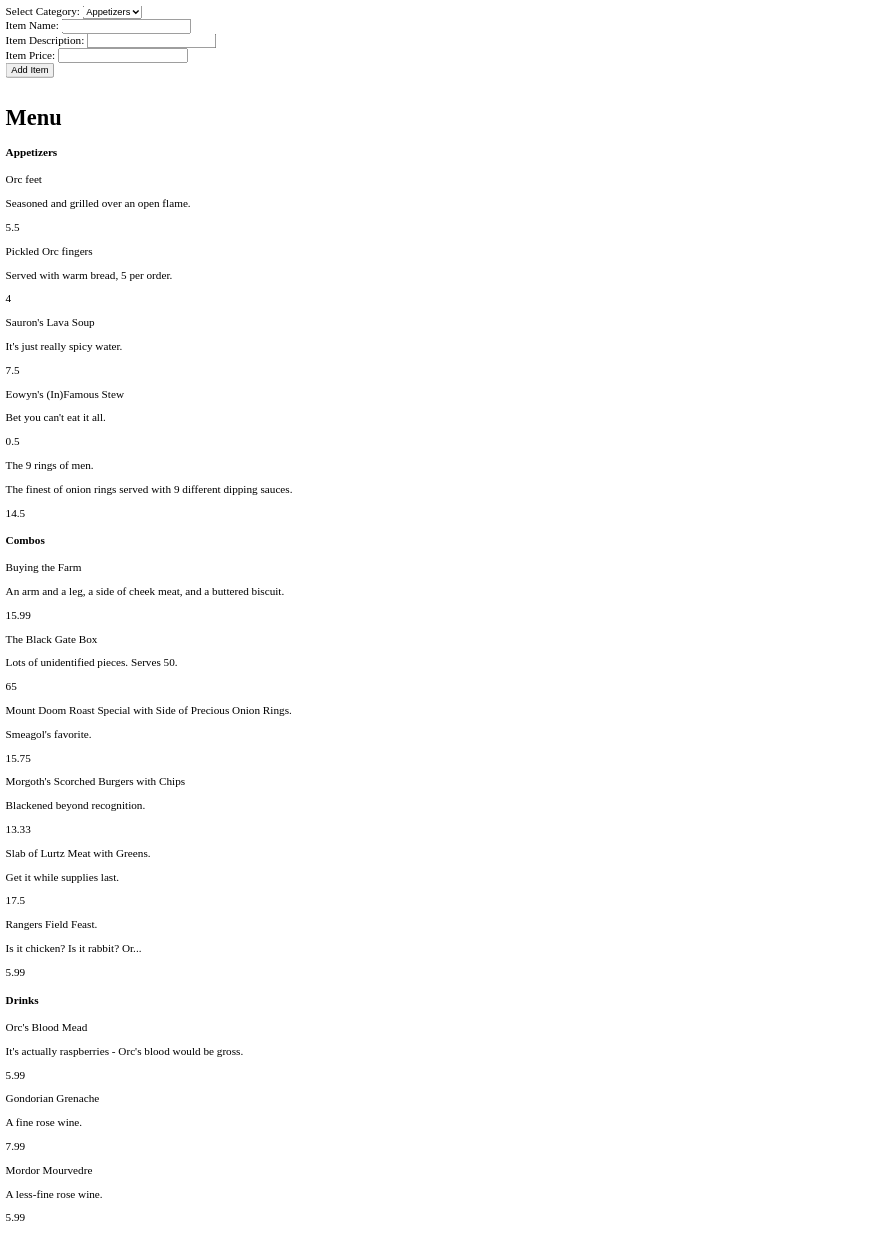
Repository: hudaali14/Carleton
Page: http://localhost/restaurants/0
The author's editor kept a copy of each file at every save. The page is drawn from the files as they stood at one save, then again after the next save.
The browser window is 1280 px wide. The pictures show the part of the page from y = 487 to 2407 px (the page is 2252 px tall before and 4476 px after), at 70% of full size.
The page is served by the project's Node server (server.js).

Above is the page before, as saved 2020-03-12 18:35:03.

### 2406/Assignments/Assignment3 (100)/views/pages/restaurantpage.pug
html
    head
        title  You Want Food?
body
    include ../partials/header

    h1 Restaurant Info
    p Restaurant ID: #{restaurant.id}
    | Restaurant Name:
    input(type= "text", id="restaurantnamepage", value = restaurant.name)
    br
    br
    | Restaurant Min Order:
    input(type= "text", id="restaurantname", value = restaurant.min_order)
    br
    br
    | Delivery Fee:
    input(type= "text", id="restaurantname", value = restaurant.delivery_fee)
    br
    br

    h1 Add Category:
    br
    | Category Name:
    input(type= "text", id="restaurantname")
    br

    button(type="button", id="submitbutton") Add Category


    h1 Add Item:
    br
    | Select Category:
    - let menu = Object.keys(restaurant.menu);
    select
        each category in menu
            option=category
    br
    | Item Name:
    input(type= "text", id="restaurantnamepage")
    br
    | Item Description:
    input(type= "text", id="restaurantname")
    br
    | Item Price:
    input(type= "text", id="restaurantname")
    br
    button(type="button", id="additembutton") Add Item
    br
    br

    h1 Menu

    each category in menu
        h4 #{category}
        - let items = Object.keys(restaurant.menu[category])
        each id in items
            - let item = restaurant.menu[category][id];
            p #{item.name}
            p #{item.description}
            p #{item.price}

### 2406/Assignments/Assignment3 (100)/views/partials/header.pug
div#header
	a(href="/") Home
	|
	a(href="/addrestaurant") Add Restuarant
	|
	a(href="/restaurants") Browse Restaurants
	|

### 2406/Assignments/Assignment3 (100)/server.js
const express = require('express');
const fs = require("fs");
let app = express();


app.set("view engine", "pug");
app.use(express.json())

// app.use(bodyParser.json());
// app.use(bodyParser.urlencoded({ extended: true }));

let restaurants = [];
let restaurantNames = {names: []};
let restaurantIDs = {restaurants: []};
let id = 0;

//Reads all files in restaurant directory
fs.readdir("./restaurants/", function(err, filenames) {
    if (err) {
        response.statusCode = 500;
        response.end("Error reading file.");
        return;
    }
    filenames.forEach(function(filename) {
        fs.readFile("./restaurants/" + filename, 'utf-8', function(err, content) {
            if (err) {
                response.statusCode = 500;
                response.end("Error reading file.");
                return;
			}
            //Saves files to restaurant array
            let res = JSON.parse(content);
			restaurants[res.id] = res;
			//Saves names in restuarantNames array
            restaurantNames.names.push({name: restaurants[res.id].name, id: restaurants[res.id].id});
            restaurantIDs.restaurants.push(restaurants[res.id].id);
            id++;
		});
    });
});

app.get("/", setPage);
app.get("/restaurants", getRestaurants);
app.get("/addrestaurant", addRestaurant);
app.get("/client.js", getClient);
app.get("/restaurants/:restID", getRestaurantId);
app.post("/restaurants", createRestaurant);


function setPage(req, res, next){
    res.format({
        "text/html": function(){
            res.status(200).render("pages/home");
        }
    });
}

function getRestaurants(req, res, next){
    res.format({
        "text/html": function(){
            res.status(200).render("pages/restaurants", {restaurantNames: restaurantNames.names});
        },
        "application/json": function(){
            res.status(200).json(restaurantIDs);
        }
    });
}

function addRestaurant(req, res, next){
    res.format({
        "text/html": function(){
            res.status(200).render("pages/addrestaurant");
        }
    });
}

function getClient(req, res, next){
    fs.readFile("client.js", function(err, data){
        if(err){
            res.statusCode = 500;
            res.end("Error reading file.");
            return;
        }
        res.status(200).send(data);
        return;
    });
}

function createRestaurant(req, res, next){
    res.format({
        "application/json": function(){
            let restaurant = {};
            restaurant.id = id;
            id++;
            restaurant.name = req.body.name;
            restaurant.delivery_fee = parseInt(req.body.delivery_fee);
            restaurant.min_order= parseInt(req.body.min_order);
            restaurant.menu = {};
            restaurants[restaurant.id] = restaurant;
            res.status(200).json(restaurant);

        }
    });
}

function getRestaurantId(req, res, next){
    let resid = req.url.split("/");
    res.format({
        "text/html": function(){
            res.status(200).render("pages/restaurantpage", {restaurant: restaurants[resid[2]]});
        },
        "application/json": function(){
            res.status(200).json(restaurants[resid[2]]);
        }
    });
}

app.listen(3000);
console.log("Server listening at http://localhost:3000");

### 2406/Assignments/Assignment3 (100)/restaurants/aragorn.json
{
  "id": 0,
  "name": "Aragorn's Orc BBQ",
  "min_order": 20,
  "delivery_fee": 5,
  "menu": {
    "Appetizers": {
      "0": {
        "name": "Orc feet",
        "description": "Seasoned and grilled over an open flame.",
        "price": 5.5
      },
      "1": {
        "name": "Pickled Orc fingers",
        "description": "Served with warm bread, 5 per order.",
        "price": 4
      },
      "2": {
        "name": "Sauron's Lava Soup",
        "description": "It's just really spicy water.",
        "price": 7.5
      },
      "3": {
        "name": "Eowyn's (In)Famous Stew",
        "description": "Bet you can't eat it all.",
        "price": 0.5
      },
      "4": {
        "name": "The 9 rings of men.",
        "description": "The finest of onion rings served with 9 different dipping sauces.",
        "price": 14.5
      }
    },
    "Combos": {
      "5": {
        "name": "Buying the Farm",
        "description": "An arm and a leg, a side of cheek meat, and a buttered biscuit.",
        "price": 15.99
      },
      "6": {
        "name": "The Black Gate Box",
        "description": "Lots of unidentified pieces. Serves 50.",
        "price": 65
      },
      "7": {
        "name": "Mount Doom Roast Special with Side of Precious Onion Rings.",
        "description": "Smeagol's favorite.",
        "price": 15.75
      },
      "8": {
        "name": "Morgoth's Scorched Burgers with Chips",
        "description": "Blackened beyond recognition.",
        "price": 13.33
      },
      "10": {
        "name": "Slab of Lurtz Meat with Greens.",
        "description": "Get it while supplies last.",
        "price": 17.5
      },
      "11": {
        "name": "Rangers Field Feast.",
        "description": "Is it chicken? Is it rabbit? Or...",
        "price": 5.99
      }
    },
    "Drinks": {
      "12": {
        "name": "Orc's Blood Mead",
        "description": "It's actually raspberries - Orc's blood would be gross.",
        "price": 5.99
      },
      "13": {
        "name": "Gondorian Grenache",
        "description": "A fine rose wine.",
        "price": 7.99
      },
      "14": {
        "name": "Mordor Mourvedre",
        "description": "A less-fine rose wine.",
        "price": 5.99
      }
    }
  }
}

### 2406/Assignments/Assignment3 (100)/restaurants/frodo.json
{
  "id": 2,
  "name": "Frodo's Flapjacks",
  "min_order": 35,
  "delivery_fee": 6,
  "menu": {
    "Breakfast": {
      "0": {
        "name": "Hobbit Hash",
        "description": "Five flapjacks, potatoes, leeks, garlic, cheese.",
        "price": 9
      },
      "1": {
        "name": "The Full Flapjack Breakfast",
        "description": "Eight flapjacks, two sausages, 3 eggs, 4 slices of bacon, beans, and a coffee.",
        "price": 14
      },
      "2": {
        "name": "Southfarthing Slammer",
        "description": "15 flapjacks and 2 pints of syrup.",
        "price": 12
      }
    },
    "Second Breakfast": {
      "3": {
        "name": "Beorning Breakfast",
        "description": "6 flapjacks smothers in honey.",
        "price": 7.5
      },
      "4": {
        "name": "Shire Strawberry Special",
        "description": "6 flapjacks and a hearty serving of strawberry jam.",
        "price": 8
      },
      "5": {
        "name": "Buckland Blackberry Breakfast",
        "description": "6 flapjacks covered in fresh blackberries. Served with a large side of sausage.",
        "price": 14.99
      }
    },
    "Elevenses": {
      "6": {
        "name": "Lembas",
        "description": "Three pieces of traditional Elvish Waybread",
        "price": 7.7
      },
      "7": {
        "name": "Muffins of the Marish",
        "description": "A variety of 8 different types of muffins, served with tea.",
        "price": 9
      },
      "8": {
        "name": "Hasty Hobbit Hash",
        "description": "Potatoes with onions and cheese. Served with coffee.",
        "price": 5
      }
    },
    "Luncheon": {
      "9": {
        "name": "Shepherd's Pie",
        "description": "A classic. Includes 3 pies.",
        "price": 15.99
      },
      "10": {
        "name": "Roast Pork",
        "description": "An entire pig slow-roasted over a fire.",
        "price": 27.99
      },
      "11": {
        "name": "Fish and Chips",
        "description": "Fish - fried. Chips - nice and crispy.",
        "price": 5.99
      }
    },
    "Afternoon Tea": {
      "12": {
        "name": "Tea",
        "description": "Served with sugar and cream.",
        "price": 3
      },
      "13": {
        "name": "Coffee",
        "description": "Served with sugar and cream.",
        "price": 3.5
      },
      "14": {
        "name": "Cookies and Cream",
        "description": "A dozen cookies served with a vat of cream.",
        "price": 15.99
      },
      "15": {
        "name": "Mixed Berry Pie",
        "description": "Fresh baked daily.",
        "price": 7
      }
    },
    "Dinner": {
      "16": {
        "name": "Po-ta-to Platter",
        "description": "Boiled. Mashed. Stuck in a stew.",
        "price": 6
      },
      "17": {
        "name": "Bree and Apple",
        "description": "One wheel of brie with slices of apple.",
        "price": 7.99
      },
      "18": {
        "name": "Maggot's Mushroom Mashup",
        "description": "It sounds disgusting, but its pretty good",
        "price": 6.5
      },
      "19": {
        "name": "Fresh Baked Bread",
        "description": "A whole loaf of the finest bread the Shire has to offer.",
        "price": 6
      },
      "20": {
        "name": "Pint of Ale",
        "description": "Yes, it comes in pints.",
        "price": 5
      }
    },
    "Supper": {
      "21": {
        "name": "Sausage Sandwich",
        "description": "Six whole sausages served on a loaf of bread. Covered in onions, mushrooms and gravy.",
        "price": 15.99
      },
      "22": {
        "name": "Shire Supper",
        "description": "End the day as you started it, with a dozen flapjacks, 5 eggs, 3 sausages, 7 pieces of bacon, and a pint of ale.",
        "price": 37.99
      }
    }
  }
}

### 2406/Assignments/Assignment3 (100)/restaurants/legolas.json
{
  "id": 1,
  "name": "Lembas by Legolas",
  "min_order": 15,
  "delivery_fee": 3.99,
  "menu": {
    "Lembas": {
      "0": {
        "name": "Single",
        "description": "One piece of lembas.",
        "price": 3
      },
      "1": {
        "name": "Double",
        "description": "Two pieces of lembas.",
        "price": 5.5
      },
      "2": {
        "name": "Triple",
        "description": "Three pieces, which should be more than enough.",
        "price": 8
      }
    },
    "Combos": {
      "3": {
        "name": "Second Breakfast",
        "description": "Two pieces of lembas with honey.",
        "price": 7.5
      },
      "4": {
        "name": "There and Back Again",
        "description": "All you need for a long journey - 6 pieces of lembas, salted pork, and a flagon of wine.",
        "price": 25.99
      },
      "5": {
        "name": "Best Friends Forever",
        "description": "Lembas and a heavy stout.",
        "price": 6.6
      }
    }
  }
}

After the next save:
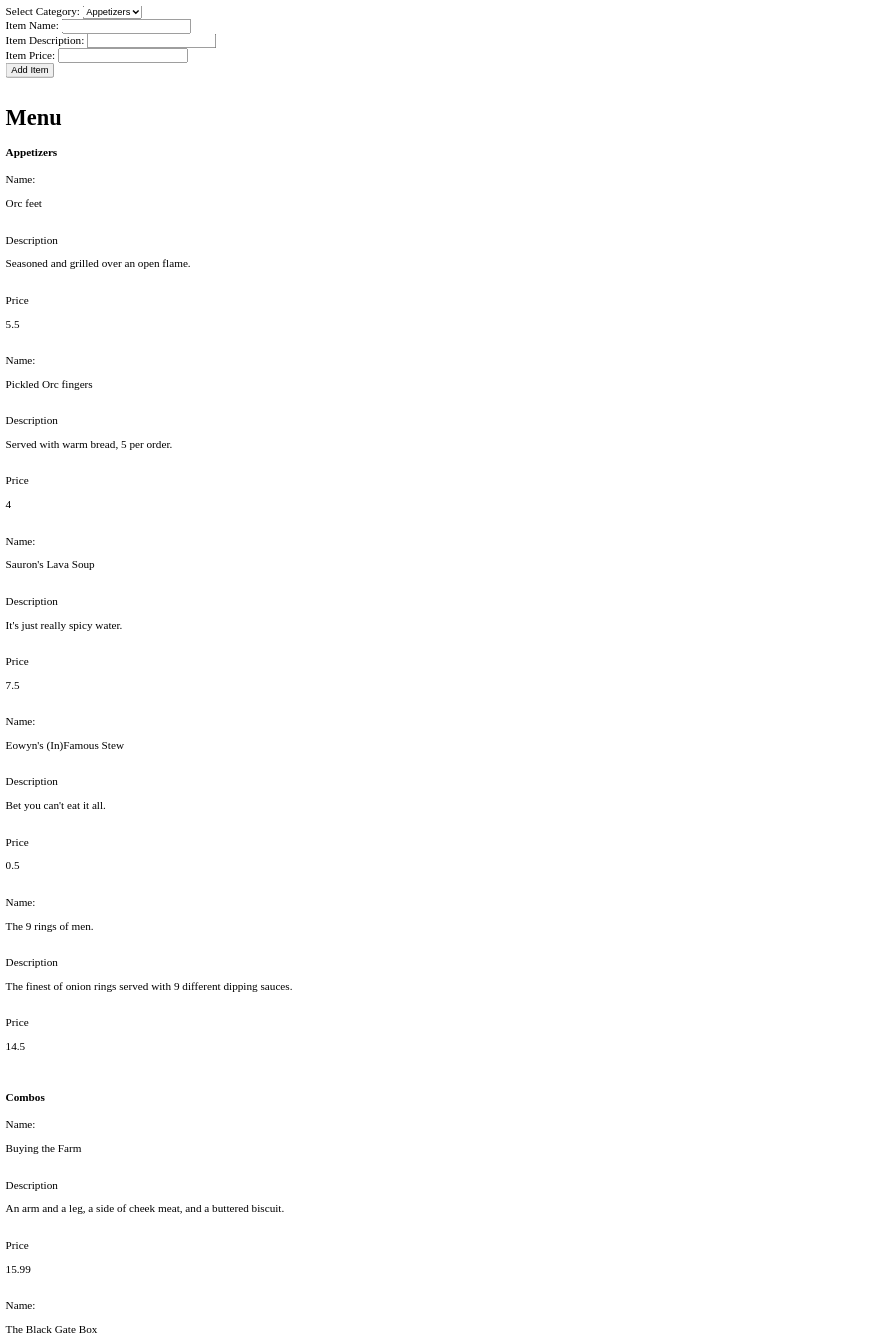
Saved 52 s later.
--- a/2406/Assignments/Assignment3 (100)/views/pages/restaurantpage.pug
+++ b/2406/Assignments/Assignment3 (100)/views/pages/restaurantpage.pug
@@ -56,6 +56,12 @@ body
         - let items = Object.keys(restaurant.menu[category])
         each id in items
             - let item = restaurant.menu[category][id];
+            | Name:
             p #{item.name}
+            br
+            | Description
             p #{item.description}
+            br
+            | Price
             p #{item.price}
+            br
